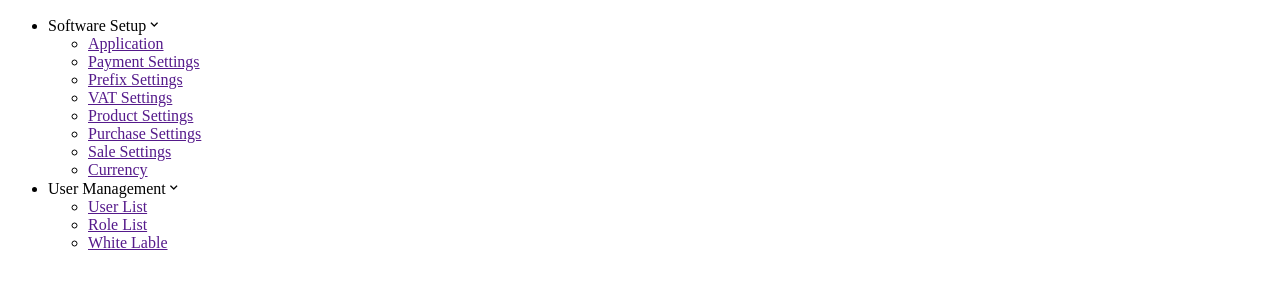
Repository: codebyaddro/pos-settings
Page: settings.html
The author's editor kept a copy of each file at every save. The page is drawn from the files as they stood at one save, then again after a run of saves.
The browser window is 1280 px wide. The pictures show the whole page.

Above is the page before, as saved 2025-02-16 13:30:33.

After the next 3 saves:
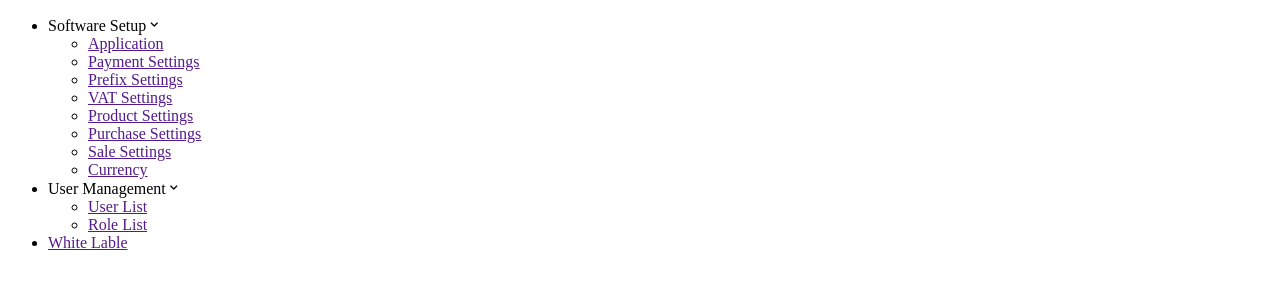
The 3 saves are shown as one change because they came seconds apart.
The last was saved 16 s later.
--- a/settings.html
+++ b/settings.html
@@ -31,6 +31,7 @@
                     <ul>
                         <li><a href="">User List</a></li>
                         <li><a href="">Role List</a></li>
+                    </ul>
                 </li>
                 <li><a href="">
                     White Lable
